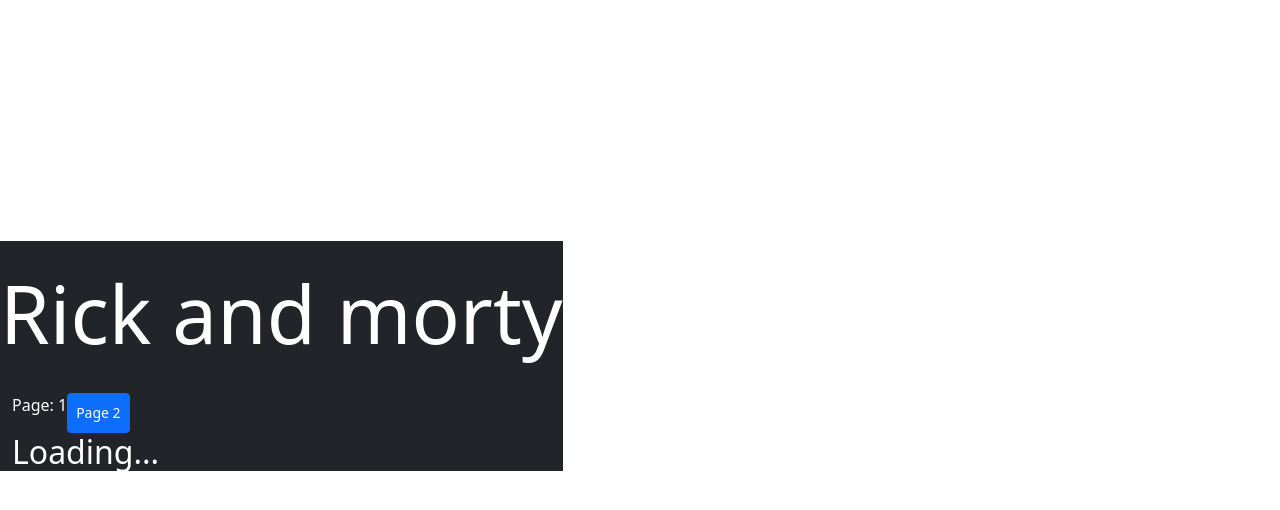
Repository: Ellisvelandia/react-rick-and-morty
Page: /
These files come from the project's save history. The page is drawn as it stood at one moment and after a run of saves; the edit follows.
The browser window is 1280 px wide. The pictures show the whole page.
The page's requests for data from a server got no answer. The project was rebuilt for these pictures with package versions that can differ from the ones it lists, and the page was loaded fresh each time. No one was signed in, and anything a server would have sent is missing. Also part of the build but not shown: vite.config.js, src/components/Character.jsx.

Above is the page before, as saved 2022-09-08 17:13:27.

### index.html
<!DOCTYPE html>
<html lang="en">
  <head>
    <meta charset="UTF-8" />
    <link rel="icon" type="image/svg+xml" href="/vite.svg" />
    <meta name="viewport" content="width=device-width, initial-scale=1.0" />
    <link href="https://cdn.jsdelivr.net/npm/bootstrap@5.2.1/dist/css/bootstrap.min.css" rel="stylesheet" integrity="sha384-iYQeCzEYFbKjA/T2uDLTpkwGzCiq6soy8tYaI1GyVh/UjpbCx/TYkiZhlZB6+fzT" crossorigin="anonymous">
    <title>Rick and Morty</title>
  </head>
  <body>
    <div id="root"></div>
    <script type="module" src="/src/main.jsx"></script>
    <script src="https://cdn.jsdelivr.net/npm/bootstrap@5.2.1/dist/js/bootstrap.bundle.min.js" integrity="sha384-u1OknCvxWvY5kfmNBILK2hRnQC3Pr17a+RTT6rIHI7NnikvbZlHgTPOOmMi466C8" crossorigin="anonymous"></script>
  </body>
</html>

### src/App.jsx
import CharacterList from "./components/CharacterList";

function App() {
  return (
    <div className="bg-dark text-white">
      <h1 className="text-center display-1 py-4">Rick and morty</h1>
      <CharacterList />
    </div>
  );
}

export default App;

### src/components/CharacterList.jsx
import React, { useEffect, useState } from "react";
import Character from "./Character";

function NavPage() {
  return (
    <header className="d-flex justify-content">
      <p>Page: 1</p>
      <button className="btn btn-primary btn-sm">Page 2</button>
    </header>
  );
}

function CharacterList() {
  const [characters, setCharacters] = useState([]);
  const [loading, setLoading] = useState(true);

  useEffect(() => {
    async function fectData() {
      const response = await fetch("https://rickandmortyapi.com/api/character");
      const data = await response.json();
      setLoading(false);
      setCharacters(data.results);
    }
    fectData();
  }, []);

  return (
    <div className="container">
      <NavPage />

      {loading ? (
        <h2>Loading...</h2>
      ) : (
        <div className="row">
          {characters.map((character) => {
            return (
              <div className="col-md-4" key={character.id}>
                <Character character={character} />
              </div>
            );
          })}
        </div>
      )}
    </div>
  );
}

export default CharacterList;

Loaded but not shown: src/main.jsx (common file); src/index.css (common file)

After the next 2 saves:
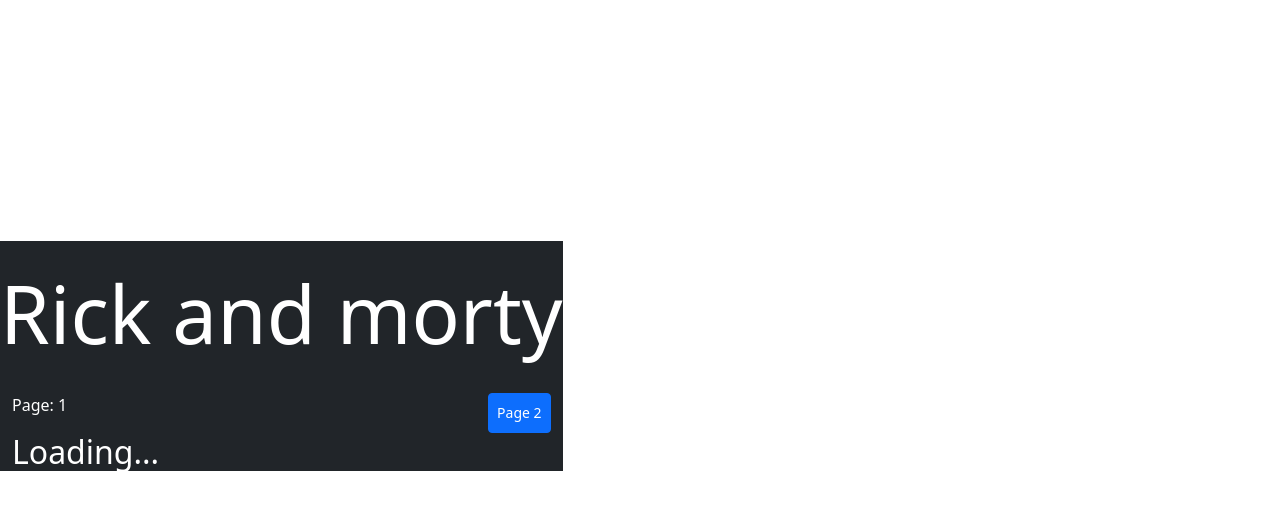
The 2 saves are shown as one change because they came seconds apart.
The last was saved 6 s later.
--- a/src/components/CharacterList.jsx
+++ b/src/components/CharacterList.jsx
@@ -3,7 +3,7 @@
 
 function NavPage() {
   return (
-    <header className="d-flex justify-content">
+    <header className="d-flex justify-content-between">
       <p>Page: 1</p>
       <button className="btn btn-primary btn-sm">Page 2</button>
     </header>
